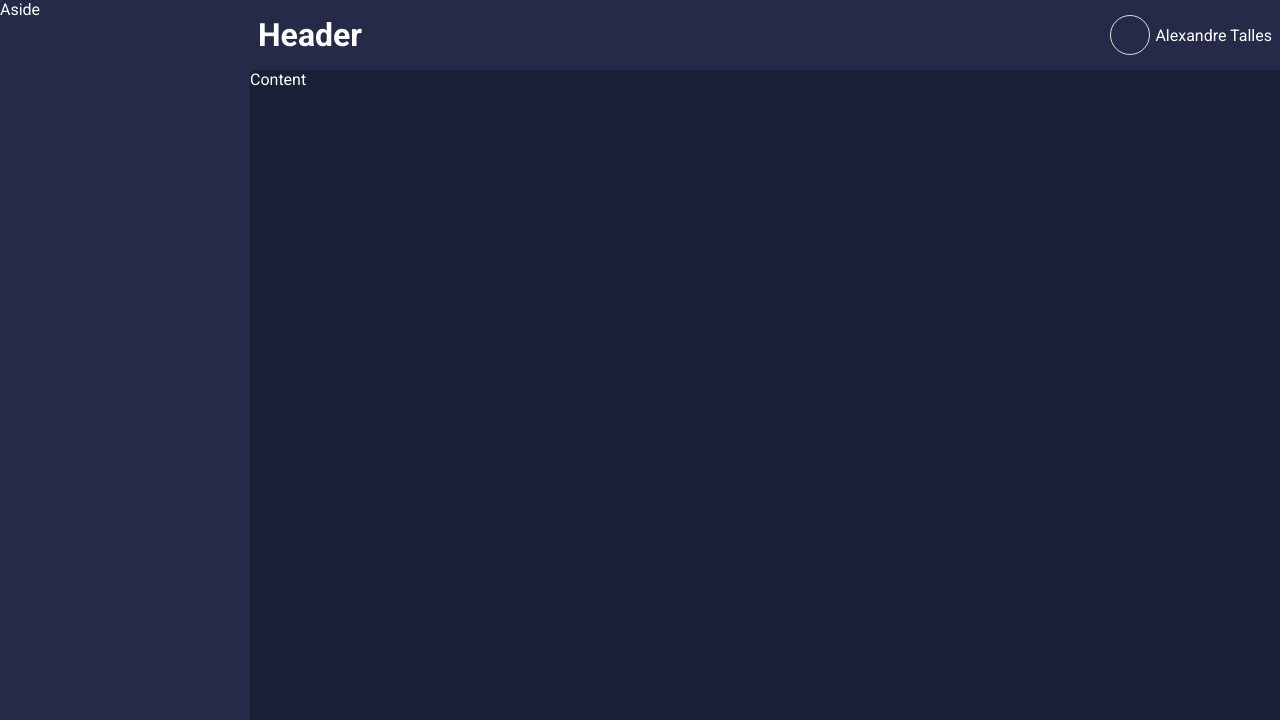
Repository: XFERRER7/dashboard
Page: /
These files come from the project's save history. The page is drawn as it stood at one moment and after a run of saves; the edit follows.
The browser window is 1280 px wide. The pictures show the whole page.
The project was rebuilt for these pictures with package versions that can differ from the ones it lists, and the page was loaded fresh each time. Also part of the build but not shown: vite.config.ts.

Above is the page before, as saved 2022-07-07 15:48:41.

After the next 2 saves:
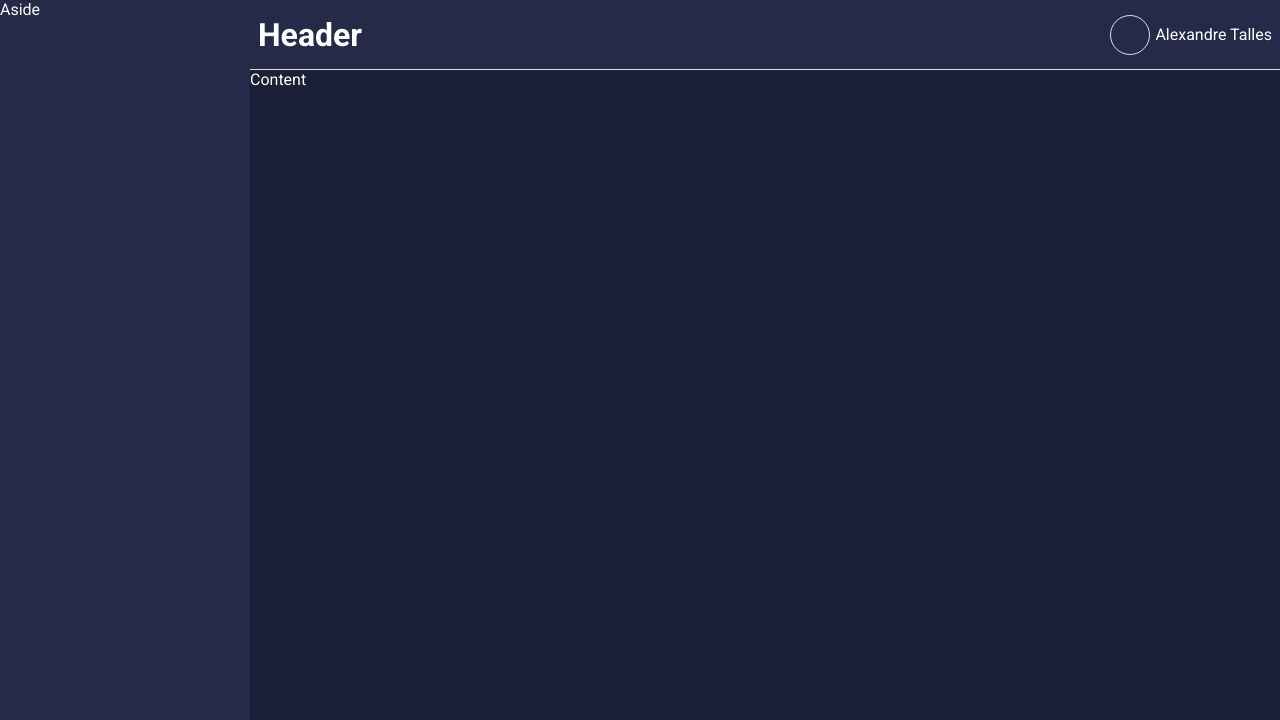
The 2 saves are shown as one change because 1 did not build or start.
The last was saved 16 s later.
--- a/src/components/MainHeader/Styles.ts
+++ b/src/components/MainHeader/Styles.ts
@@ -8,7 +8,7 @@ export const Container = styled.div`
   justify-content: space-between;
   align-items: center;
   padding: 8px;
-  border-bottom: 1;
+  border-bottom: 1px solid ${props => props.theme.colors.gray};
 `
 
 export const Profile = styled.div`
